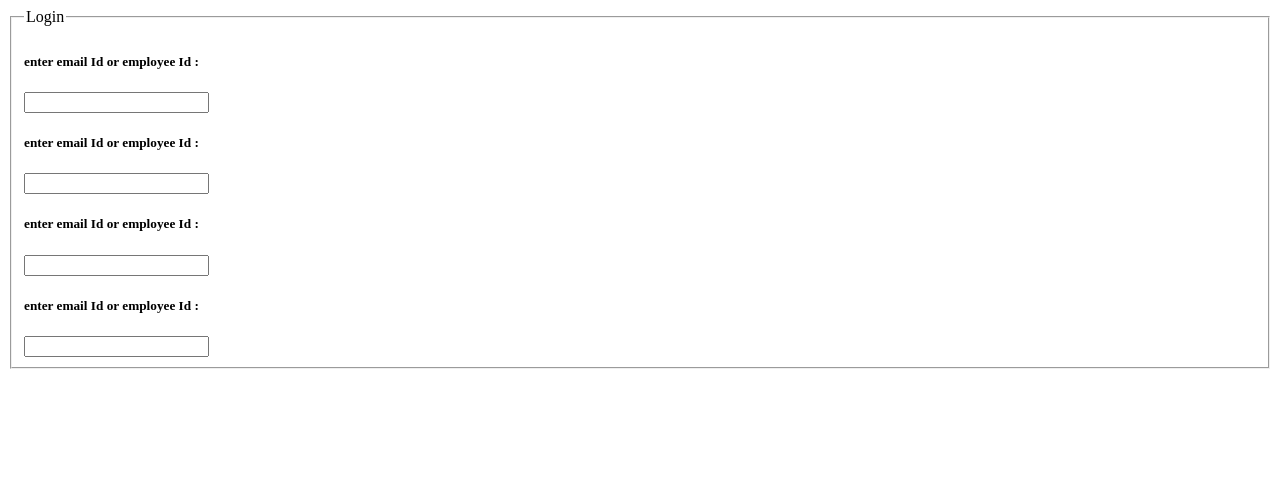
Repository: Tapaskrr/all-project
Page: http://localhost/check_check/WEB-INF/views/register.jsp
These files come from the project's save history. The page is drawn as it stood at one moment and after the next save; the edit follows.
The browser window is 1280 px wide. The pictures show the whole page.
The page is served by Tomcat 9. Nobody is signed in. The template is opened directly, without the code that normally fills it, so the values that code supplies are empty.

Above is the page before, as saved 2022-10-23 16:12:01.

After the next save:
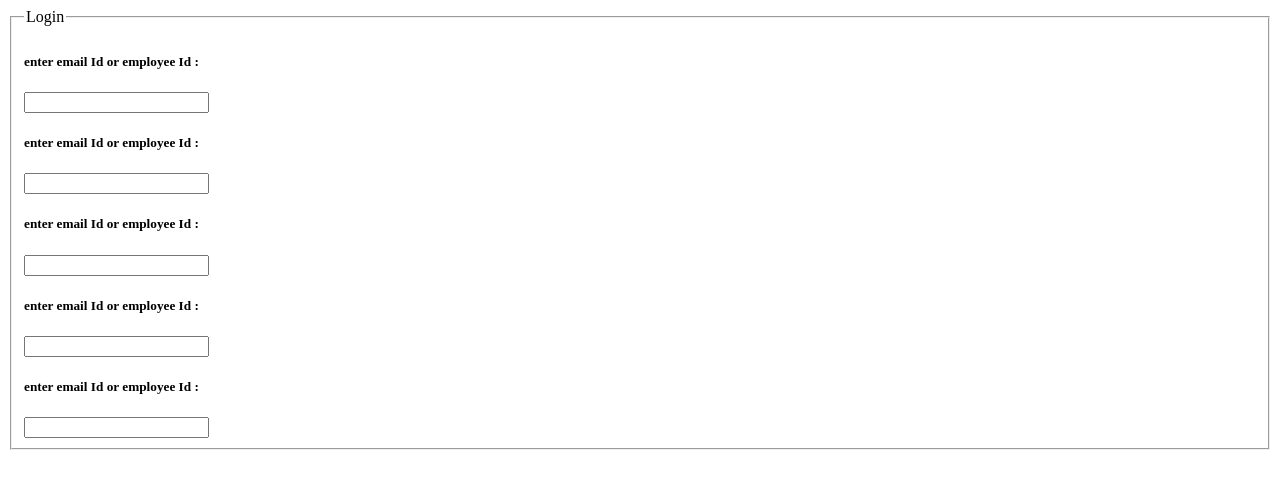
Saved 28 min 55 s later.
--- a/Eclipse New Workspace/check_check/src/main/webapp/WEB-INF/views/register.jsp
+++ b/Eclipse New Workspace/check_check/src/main/webapp/WEB-INF/views/register.jsp
@@ -24,6 +24,9 @@
 <h5>enter email Id or employee Id : </h5>
 <input type="text" name="userPwdId">
 
+<h5>enter email Id or employee Id : </h5>
+<input type="text" name="userId">
+
 
 
 </form>
